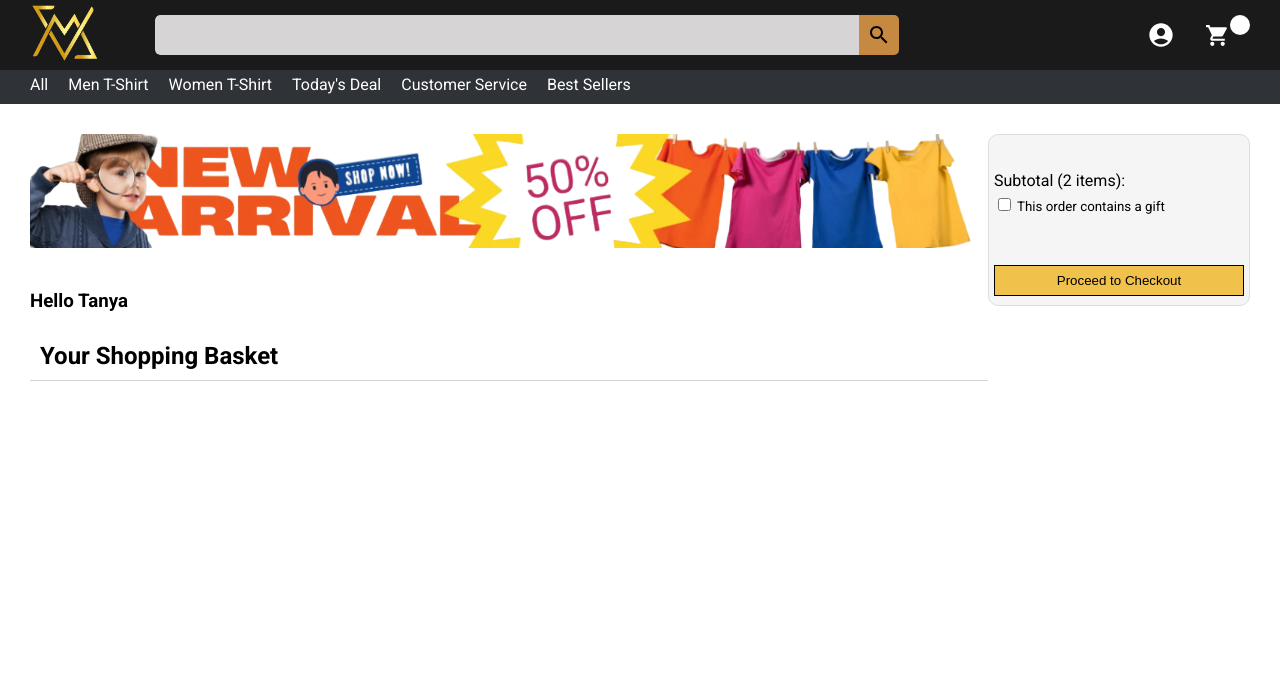
Repository: RiwanshiSoni/MatraVastra
Page: /cart
These files come from the project's save history. The page is drawn as it stood at one moment and after the next save; the edit follows.
The browser window is 1280 px wide. The pictures show the whole page.
The page's requests for data from a server got no answer. The project was rebuilt for these pictures with package versions that can differ from the ones it lists, and the page was loaded fresh each time. No one was signed in, and anything a server would have sent is missing. Also part of the build but not shown: vite.config.js, src/Product.jsx, src/Login.jsx, src/Slider.jsx, src/SignUp.jsx, src/css/banner.css, src/Banner.jsx.

Above is the page before, as saved 2024-08-29 19:37:41.

After the next save:
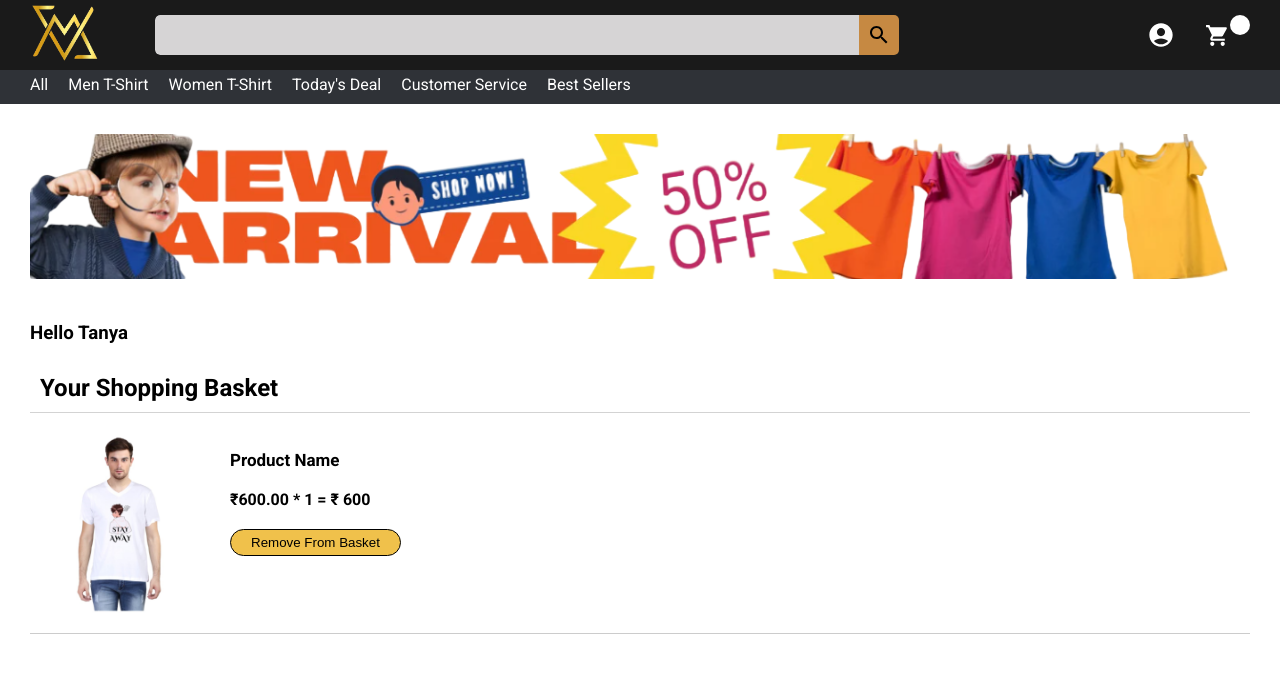
Saved 67 s later.
--- a/src/ShoppingCart.jsx
+++ b/src/ShoppingCart.jsx
@@ -37,7 +37,7 @@
             );
           })}
 
-          {/* <div className="checkoutProduct">
+          <div className="checkoutProduct">
             <img src={CheckoutProductImg} className="checkoutProduct_img" alt="Product" />
             <div className="checkoutProduct_info">
               <p className='checkoutProduct_title'>Product Name</p>
@@ -46,25 +46,10 @@
               </p>
               <button>Remove From Basket</button>
             </div>
-          </div> */}
-        </div>
-      </div>
-      <div className="checkout_right">
-        <div className="subtotal">
-          <p  className='p'>
-            Subtotal (2 items): <strong>{cart.total_items}</strong>
-
-
-          </p>
-          <small className="subtotal_gift">
-            <input type="checkbox"/> This order contains a gift
-          </small>
-
-        <div className="subtotalButton">
-          <button className='proceedToCheckOutButton'>Proceed to Checkout</button>
           </div>
         </div>
       </div>
+
     </div>
   );
 }
